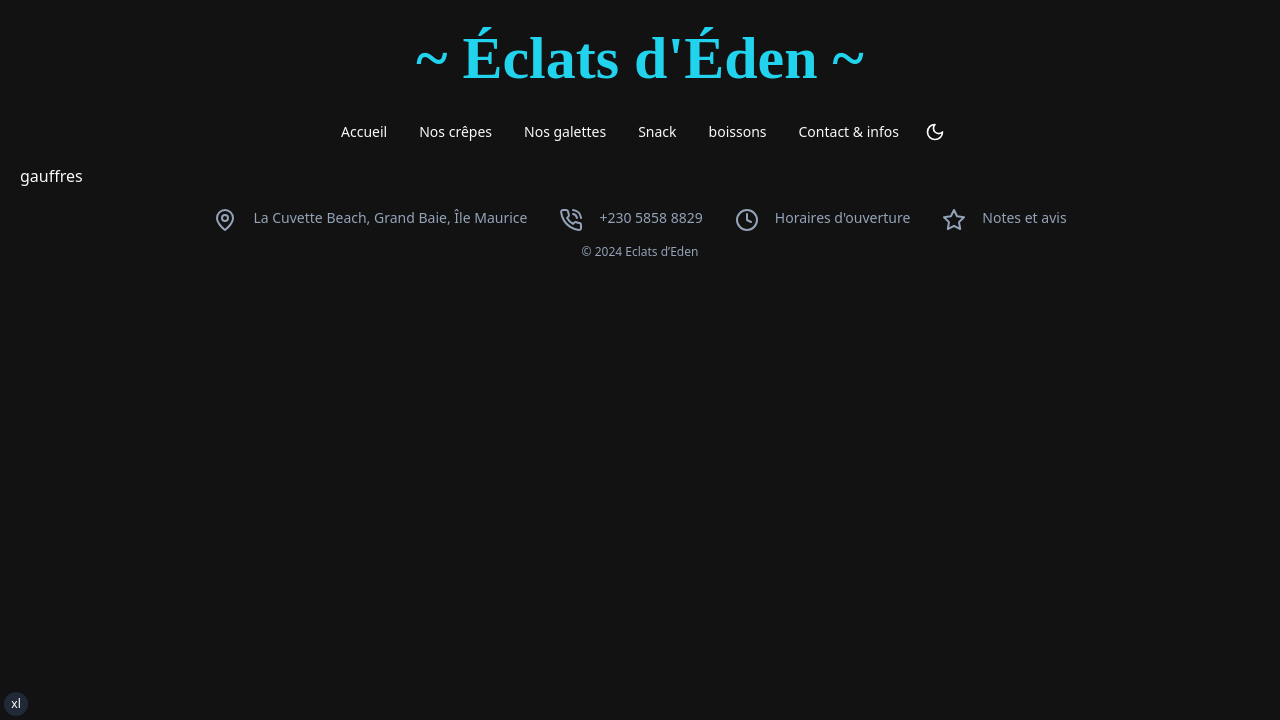
Repository: jeffMauritius/eclats-deden
Page: /gauffres
The author's editor kept a copy of each file at every save. The page is drawn from the files as they stood at one save, then again after the next save.
The browser window is 1280 px wide. The pictures show the whole page.
Some web fonts or font styles are not loaded; a fallback is used. The project was rebuilt for these pictures with package versions that can differ from the ones it lists, and the page was loaded fresh each time. The framework's server and built-in components were replaced by stand-ins that run in the browser. Also part of the build but not shown: next.config.mjs.

Above is the page before, as saved 2024-08-30 09:51:36.

After the next save:
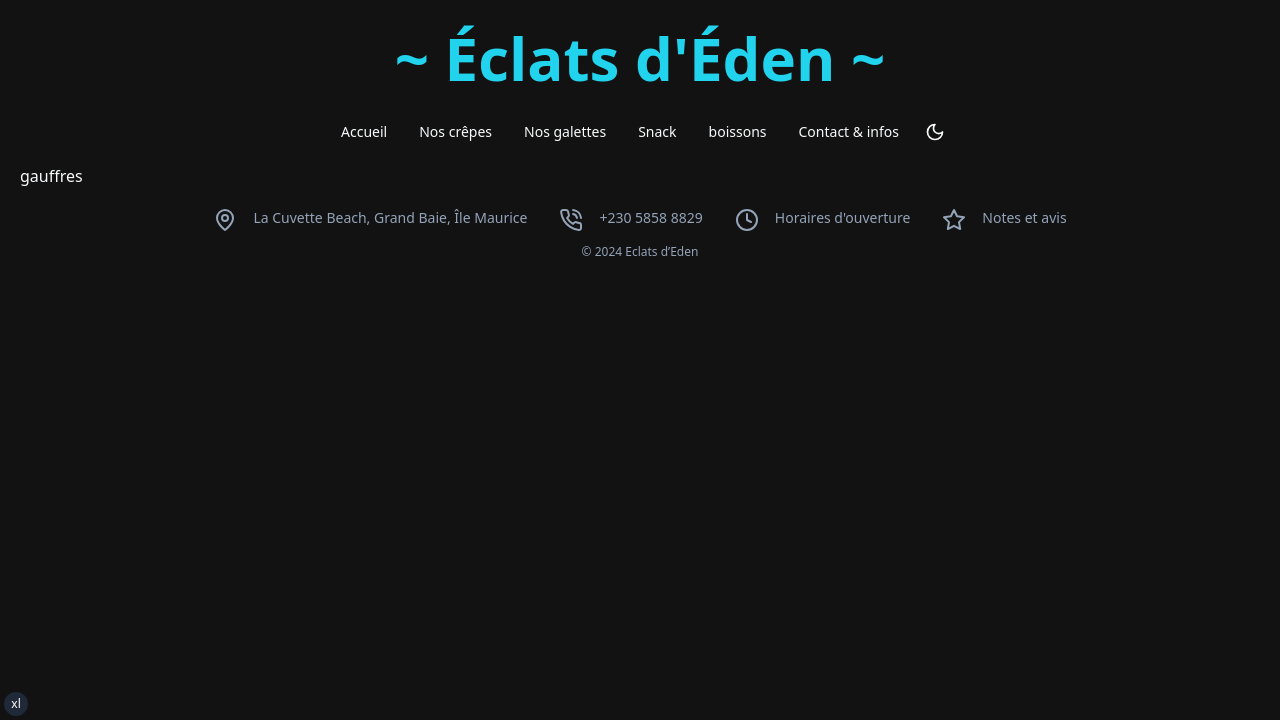
Saved 45 s later.
--- a/src/components/layout/Title.tsx
+++ b/src/components/layout/Title.tsx
@@ -19,9 +19,7 @@
         />
       </Head>
       <div className="flex flex-auto justify-center ">
-        <h1
-          className={`pt-2 font-display text-4xl font-bold text-cyan-400 md:text-6xl`}
-        >
+        <h1 className={`pt-2 text-4xl font-bold text-cyan-400 md:text-6xl`}>
           {" "}
           {`~ ${title} ~`}
         </h1>

After the save that followed:
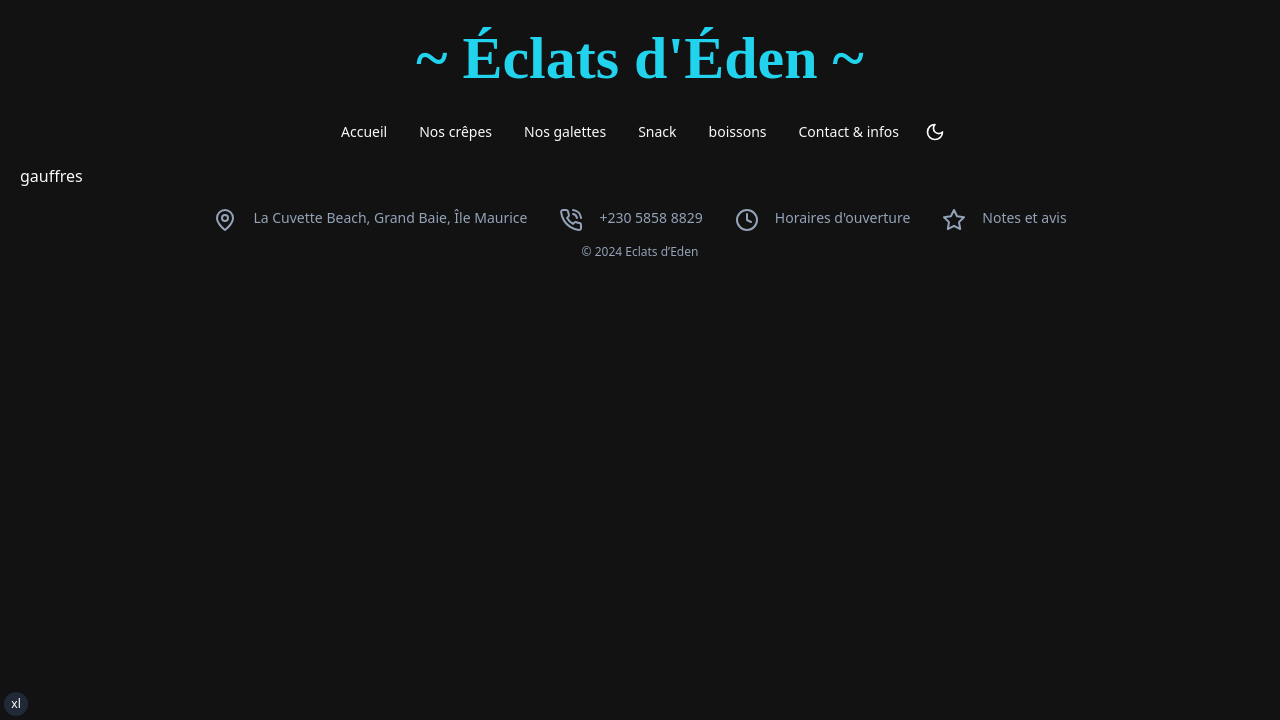
Saved 2 min 43 s later.
--- a/src/components/layout/Title.tsx
+++ b/src/components/layout/Title.tsx
@@ -5,25 +5,13 @@
 
 export function Title({ title }: TitleProps) {
   return (
-    <>
-      <Head>
-        <link rel="preconnect" href="https://fonts.googleapis.com" />
-        <link
-          rel="preconnect"
-          href="https://fonts.gstatic.com"
-          crossOrigin=""
-        />
-        <link
-          href="https://fonts.googleapis.com/css2?family=Playwrite+CU:wght@100..400&display=swap"
-          rel="stylesheet"
-        />
-      </Head>
-      <div className="flex flex-auto justify-center ">
-        <h1 className={`pt-2 text-4xl font-bold text-cyan-400 md:text-6xl`}>
-          {" "}
-          {`~ ${title} ~`}
-        </h1>
-      </div>
-    </>
+    <div className="flex flex-auto justify-center ">
+      <h1
+        className={`pt-2 font-display text-4xl font-bold text-cyan-400 md:text-6xl`}
+      >
+        {" "}
+        {`~ ${title} ~`}
+      </h1>
+    </div>
   )
 }
